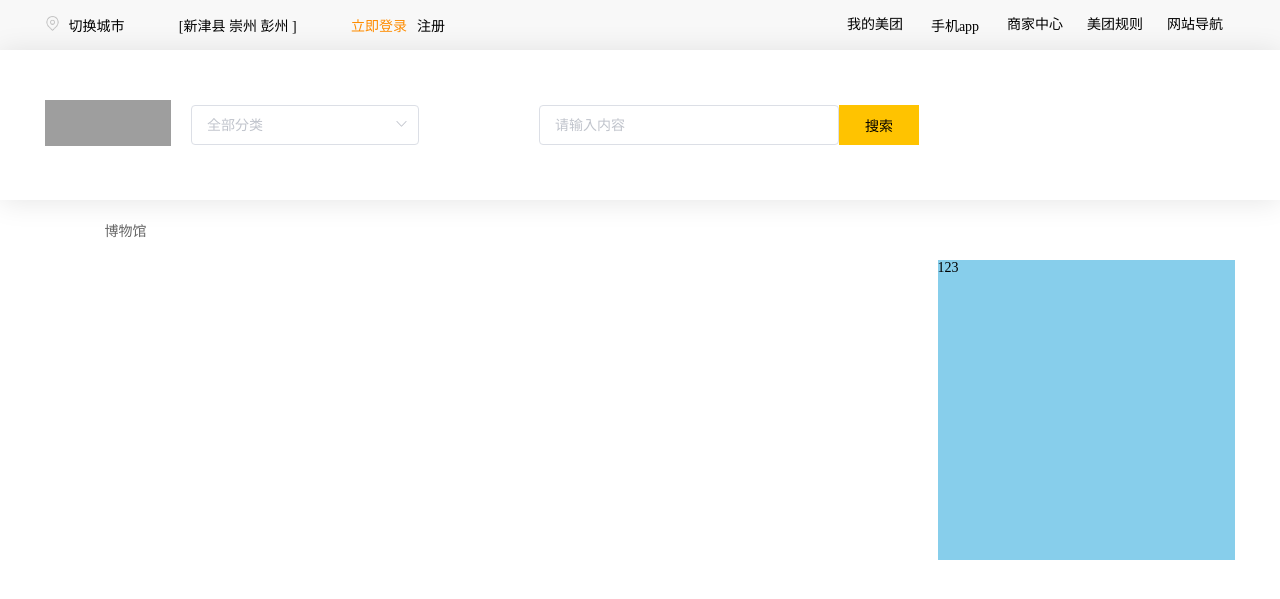
Repository: jinggegeZ/-
Page: /detail
These files come from the project's save history. The page is drawn as it stood at one moment and after the next save; the edit follows.
The browser window is 1280 px wide. The pictures show the whole page.
Pictures or frames that could not be fetched are drawn as grey boxes. The page's requests for data from a server got no answer. The project was rebuilt for these pictures with package versions that can differ from the ones it lists, and the page was loaded fresh each time. No one was signed in, and anything a server would have sent is missing. Also part of the build but not shown: vue.config.js, src/components/Navigation/Navigation.vue, src/components/navbox/navbox.vue, src/components/Sty/Sty.vue, src/views/Home.vue.

Above is the page before, as saved 2020-08-24 16:22:51.

After the next save:
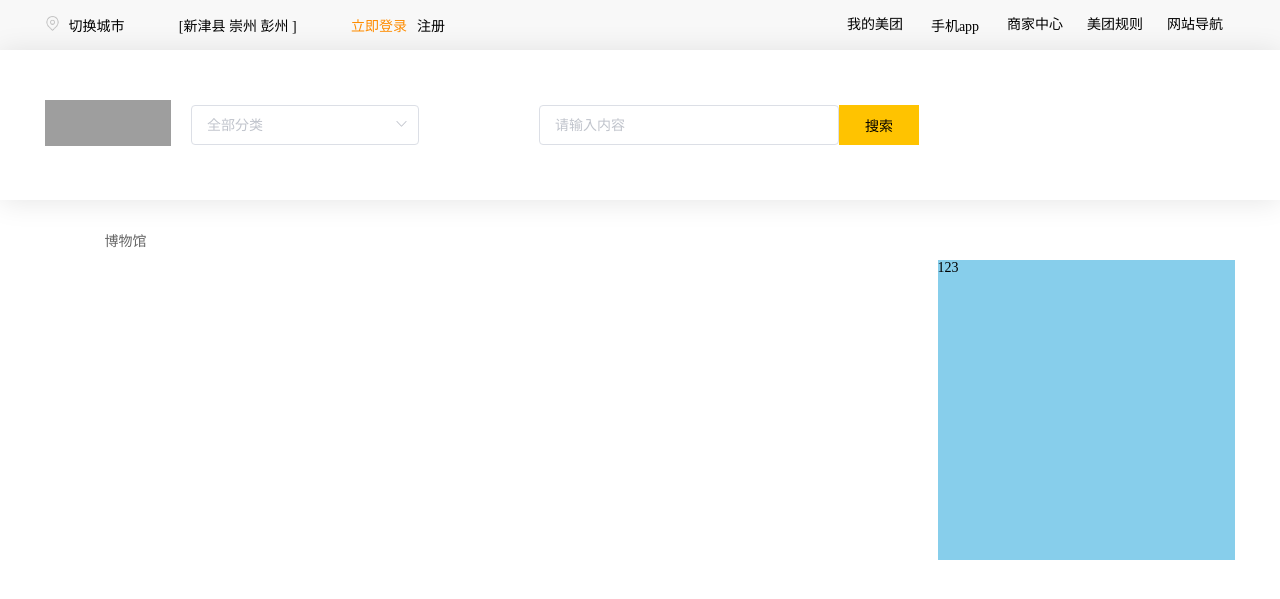
Saved 35 s later.
--- a/src/style/style.css
+++ b/src/style/style.css
@@ -1309,4 +1309,6 @@
     width: 90%;
     height: 40px;
     color: #666;
-}
+    display: flex;
+    align-items: center;
+}
